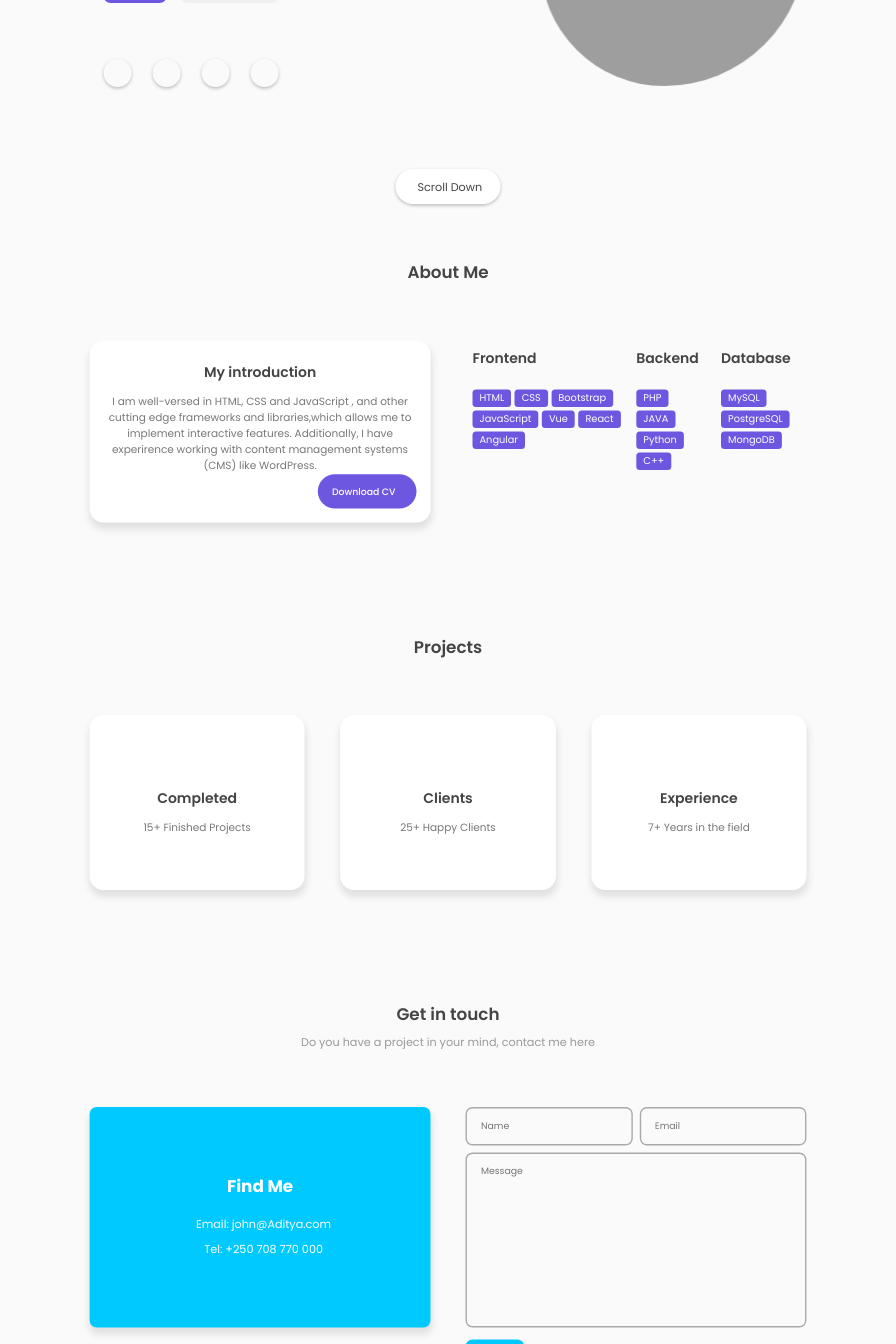
Repository: 4Kbrain/Portofolio
Page: index.html
The author's editor kept a copy of each file at every save. The page is drawn from the files as they stood at one save, then again after a run of saves.
The browser window is 1280 px wide. The pictures show the part of the page from y = 428 to 2348 px (the page is 2790 px tall before and 2767 px after), at 70% of full size.
Pictures or frames that could not be fetched are drawn as grey boxes. Some icons come from a web library that is not loaded, so they are not drawn.

Above is the page before, as saved 2024-05-15 08:23:44.

### index.html
<!DOCTYPE html>
<html lang="en">
<head>
    <meta charset="UTF-8">
    <meta name="viewport" content="width=device-width, initial-scale=1.0">
    <link rel="stylesheet" href="https://unicons.iconscout.com/release/v4.0.8/css/line.css">
    <link rel="stylesheet" href="assets/css/style.css">
    <link rel="shortcut icon" href="assets/images/favicon.png" type="image/x-icon">

    <title>Portfolio | Aditya</title>
</head>
<body>
   <div class="container">
    <!-- header -->
      <nav id="header">
        <div class="nav-logo">
            <p class="nav-name">Aditya</p>
            <span>.</span>
        </div>
        <div class="nav-menu" id="myNavMenu">
            <ul class="nav_menu_list">
                <li class="nav_list">
                    <a href="#home" class="nav-link active-link">Home</a>
                    <div class="circle"></div>
                </li>
                <li class="nav_list">
                    <a href="#about" class="nav-link">About</a>
                    <div class="circle"></div>
                </li>
                <li class="nav_list">
                    <a href="#projects" class="nav-link">Projects</a>
                    <div class="circle"></div>
                </li>
                <li class="nav_list">
                    <a href="#contact" class="nav-link">Contact</a>
                    <div class="circle"></div>
                </li>
            </ul>
        </div>
        <div class="nav-button">
            <button class="btn">Download CV <i class="uil uil-file-alt"></i></button>
        </div>
        <div class="nav-menu-btn">
            <i class="uil uil-bars" onclick="myMenuFunction()"></i>
        </div>
      </nav>


    <!-- -------------- MAIN ---------------- -->
    <main class="wrapper">
       <!-- -------------- FEATURED BOX ---------------- -->
       <section class="featured-box" id="home">
          <div class="featured-text">
            <div class="featured-text-card">
                <span>Aditya</span>
            </div>
            <div class="featured-name">
                <p>I'm <span class="typedText"></span></p>
            </div>
            <div class="featured-text-info">
                <p>Experienced frontend developer with a passion for creating visually stunning
                   and user-friendly websites.
                </p>
            </div>
            <div class="featured-text-btn">
                <button class="btn blue-btn">Hire Me</button>
                <button class="btn">Download CV <i class="uil uil-file-alt"></i></button>
            </div>
            <div class="social_icons">
                <div class="icon"><i class="uil uil-instagram"></i></div>
                <div class="icon"><i class="uil uil-linkedin-alt"></i></div>
                <div class="icon"><i class="uil uil-dribbble"></i></div>
                <div class="icon"><i class="uil uil-github-alt"></i></div>
            </div>
          </div>
          <div class="featured-image">
            <div class="image">
                <img src="assets/images/avatar.png" alt="avatar">
            </div>
          </div>
          <div class="scroll-icon-box">
            <a href="#about" class="scroll-btn">
                <i class="uil uil-mouse-alt"></i>
                <p>Scroll Down</p>
            </a>
          </div>

       </section>
       <!-- -------------- ABOUT BOX ---------------- -->
       <section class="section" id="about">
          <div class="top-header">
            <h1>About Me</h1>
          </div>
          <div class="row">
            <div class="col">
                <div class="about-info">
                    <h3>My introduction</h3>
                    <p>I am well-versed in HTML, CSS and JavaScript , and other cutting edge
                       frameworks and libraries,which allows me to implement interactive features.
                       Additionally, I have experirence working with content management systems (CMS) like
                       WordPress.
                    </p>
                    <div class="about-btn">
                        <button class="btn">Download CV <i class="uil uil-import"></i></button>
                    </div>
                </div>
            </div>
            <div class="col">
                <div class="skills-box">
                    <div class="skills-header">
                        <h3>Frontend</h3>
                    </div>
                    <div class="skills-list">
                        <span>HTML</span>
                        <span>CSS</span>
                        <span>Bootstrap</span>
                        <span>JavaScript</span>
                        <span>Vue</span>
                        <span>React</span>
                        <span>Angular</span>
                    </div>
                </div>
                <div class="skills-box">
                    <div class="skills-header">
                        <h3>Backend</h3>
                    </div>
                    <div class="skills-list">
                        <span>PHP</span>
                        <span>JAVA</span>
                        <span>Python</span>
                        <span>C++</span>
                    </div>
                </div>
                <div class="skills-box">
                    <div class="skills-header">
                        <h3>Database</h3>
                    </div>
                    <div class="skills-list">
                        <span>MySQL</span>
                        <span>PostgreSQL</span>
                        <span>MongoDB</span>
                    </div>
                </div>
            </div>
          </div>
       </section>

       <!-- -------------- PROJECT BOX ---------------- -->

       <section class="section" id="projects">
          <div class="top-header">
              <h1>Projects</h1>
          </div>
          <div class="project-container">
            <div class="project-box">
                <i class="uil uil-briefcase-alt"></i>
                <h3>Completed</h3>
                <label>15+ Finished Projects</label>
            </div>
            <div class="project-box">
                <i class="uil uil-users-alt"></i>
                <h3>Clients</h3>
                <label>25+ Happy Clients</label>
            </div>
            <div class="project-box">
                <i class="uil uil-award"></i>
                <h3>Experience</h3>
                <label>7+ Years in the field</label>
            </div>
          </div>
       </section>

       <!-- -------------- CONTACT BOX ---------------- -->

       <section class="section" id="contact">
          <div class="top-header">
            <h1>Get in touch</h1>
            <span>Do you have a project in your mind, contact me here</span>
          </div>
          <div class="row">
             <div class="col">
                <div class="contact-info">
                    <h2>Find Me <i class="uil uil-corner-right-down"></i></h2>
                    <p><i class="uil uil-envelope"></i> Email: john@Aditya.com</p>
                    <p><i class="uil uil-phone"></i> Tel: +250 708 770 000</p>
                </div>
             </div>
             <div class="col">
                <div class="form-control">
                    <div class="form-inputs">
                        <input type="text" class="input-field" placeholder="Name">
                        <input type="text" class="input-field" placeholder="Email">
                    </div>
                    <div class="text-area">
                        <textarea placeholder="Message"></textarea>
                    </div>
                    <div class="form-button">
                        <button class="btn">Send <i class="uil uil-message"></i></button>
                    </div>
                </div>
             </div>
          </div>
       </section>

    </main>


    <!-- --------------- FOOTER --------------- -->
    <footer>
        <div class="top-footer">
            <p>Aditya .</p>
        </div>
        <div class="middle-footer">
            <ul class="footer-menu">
                <li class="footer_menu_list">
                    <a href="#home">Home</a>
                </li>
                <li class="footer_menu_list">
                    <a href="#about">About</a>
                </li>
                <li class="footer_menu_list">
                    <a href="#projects">Projects</a>
                </li>
                <li class="footer_menu_list">
                    <a href="#contact">Contact</a>
                </li>
            </ul>
        </div>
        <div class="footer-social-icons">
            <div class="icon"><i class="uil uil-instagram"></i></div>
            <div class="icon"><i class="uil uil-linkedin-alt"></i></div>
            <div class="icon"><i class="uil uil-dribbble"></i></div>
            <div class="icon"><i class="uil uil-github-alt"></i></div>
        </div>
        <div class="bottom-footer">
            <p>Copyright &copy; <a href="#home" style="text-decoration: none;">Aditya</a> - All rights reserved</p>
        </div>
    </footer>

    </div>




    <!-- ----- TYPING JS Link ----- -->
    <script src="https://unpkg.com/typed.js@2.0.16/dist/typed.umd.js"></script>

       <!-- ----- SCROLL REVEAL JS Link----- -->
    <script src="https://unpkg.com/scrollreveal"></script>

    <!-- ----- MAIN JS ----- -->
    <script src="assets/js/script.js"></script>
</body>
</html>

### assets/css/style.css
/* ----- POPPINS FONT Link ----- */
@import url('https://fonts.googleapis.com/css2?family=Poppins:wght@400;500;600;700&display=swap');

/* ----- VARIABLES ----- */
:root{
    --body-color: rgb(250, 250, 250);
    --color-white: rgb(255, 255, 255);

    --text-color-second: rgb(68, 68, 68);
    --text-color-third: rgb(30, 159, 171);

    --first-color: rgb(110, 87, 224);
    --first-color-hover: rgb(40, 91, 212);

    --second-color: rgb(0, 201, 255);
    --third-color: rgb(192, 166, 49);
    --first-shadow-color: rgba(0, 0, 0, 0.1);

}

/* ----- BASE ----- */
*{
    margin: 0;
    padding: 0;
    box-sizing: border-box;
    font-family: 'Poppins', sans-serif;
}

/* ----- SMOOTH SCROLL ----- */
html{
    scroll-behavior: smooth;
}

/* ----- CHANGE THE SCROLL BAR DESIGN ----- */
::-webkit-scrollbar{
    width: 10px;
    border-radius: 25px;
}
::-webkit-scrollbar-track{
    background: #f1f1f1;
}
::-webkit-scrollbar-thumb{
    background: #ccc;
    border-radius: 30px;
}
::-webkit-scrollbar-thumb:hover{
    background: #bbb;
}


/* ---##-- REUSABLE CSS --##--- */

/* ----- GLOBAL BUTTON DESIGN ----- */
.btn{
    font-weight: 500;
    padding: 12px 20px;
    background: #efefef;
    border: none;
    border-radius: 10px;
    cursor: pointer;
    transition: .4s;
}
.btn>i{
    margin-left: 10px;
}
.btn:hover{
    background: var(--second-color);
    color: var(--color-white);
}

/* ----- GLOBAL ICONS DESIGN ----- */
i{
    font-size: 16px;
}

/* ------- BASE -------- */
body{
    background: var(--body-color);
}
.container{
    width: 100%;
    position: relative;
}

/* ----- NAVIGATION BAR ----- */
nav{
    position: fixed;
    display: flex;
    justify-content: space-between;
    width: 100%;
    height: 90px;
    line-height: 90px;
    background: var(--body-color);
    padding-inline: 9vw;
    transition: .3s;
    z-index: 100;
}
.nav-logo{
   position: relative;
}
.nav-name{
    font-size: 30px;
    font-weight: 600;
    color: var(--text-color-third);
}
.nav-logo span{
    position: absolute;
    top: -15px;
    right: -20px;
    font-size: 5em;
    color: var(--text-color-second);
}
.nav-menu, .nav_menu_list{
    display: flex;
}
.nav-menu .nav_list{
    list-style: none;
    position: relative;
}
.nav-link{
    text-decoration: none;
    color: var(--text-color-second);
    font-weight: 500;
    padding-inline: 15px;
    margin-inline: 20px;
}
.nav-menu-btn{
    display: none;
}
.nav-menu-btn i{
    font-size: 28px;
    cursor: pointer;
}
.active-link{
    position: relative;
    color: var(--first-color);
    transition: .3;
}
.active-link::after{
    content: '';
    position: absolute;
    left: 50%;
    bottom: -15px;
    transform: translate(-50%, -50%);
    width: 5px;
    height: 5px;
    background: var(--first-color);
    border-radius: 50%;
}


/* ----- WRAPPER DESIGN ----- */
.wrapper{
    padding-inline: 10vw;
}

/* ----- FEATURED BOX ----- */
.featured-box{
    position: relative;
    display: flex;
    height: 100vh;
    min-height: 700px;
}

/* ----- FEATURED TEXT BOX ----- */
.featured-text{
    position: relative;
    display: flex;
    justify-content: center;
    align-content: center;
    min-height: 80vh;
    flex-direction: column;
    width: 50%;
    padding-left: 20px;
}
.featured-text-card span{
    background: var(--third-color);
    color: var(--color-white);
    padding: 3px 8px;
    font-size: 12px;
    border-radius: 5px;
}
.featured-name{
    font-size: 50px;
    font-weight: 600;
    color: var(--text-color-second);
    margin-block: 20px;
}
.typedText{
    text-transform: capitalize;
    color: var(--text-color-third);
}
.featured-text-info{
    font-size: 15px;
    margin-bottom: 30px;
    color: var(--text-color-second);
}
.featured-text-btn{
    display: flex;
    gap: 20px;
}
.featured-text-btn>.blue-btn{
    background: var(--first-color);
    color: var(--color-white);
}
.featured-text-btn>.blue-btn:hover{
    background: var(--first-color-hover);
}
.social_icons{
    display: flex;
    margin-top: 5em;
    gap: 30px;
}
.icon{
    display: flex;
    justify-content: center;
    align-items: center;
    width: 40px;
    height: 40px;
    border-radius: 50%;
    box-shadow: 0px 2px 5px 0px rgba(0, 0, 0, 0.25);
    cursor: pointer;
}
.icon:hover{
    color: var(--first-color);
}

/* ----- FEATURED IMAGE BOX ----- */
.featured-image{
    display: flex;
    justify-content: right;
    align-content: center;
    min-height: 80vh;
    width: 50%;
}
.image{
    margin: auto 0;
    width: 380px;
    height: 380px;
    border-radius: 55% 45% 55% 45%;
    overflow: hidden;
    animation: imgFloat 7s ease-in-out infinite;
}
.image img{
    width: 380px;
    height: 380px;
    object-fit: cover;
}
@keyframes imgFloat {
    50%{
        transform: translateY(10px);
        border-radius: 45% 55% 45% 55%;
    }
}
.scroll-btn{
   position: absolute;
   bottom: 0;
   left: 50%;
   translate: -50%;
   display: flex;
   justify-content: center;
   align-items: center;
   width: 150px;
   height: 50px;
   gap: 5px;
   text-decoration: none;
   color: var(--text-color-second);
   background: var(--color-white);
   border-radius: 30px;
   box-shadow: 0 2px 5px 0 rgba(0, 0, 0, 0.25);
}
.scroll-btn i{
    font-size: 20px;
}

/* ----- MAIN BOX ----- */
.section{
    padding-block: 5em;
}
.row{
    display: flex;
    justify-content: space-between;
    width: 100%;
    gap: 50px;
}
.col{
    display: flex;
    width: 50%;
}

/* -- ## --- RESUABLE CSS -- ## -- */
.top-header{
    text-align: center;
    margin-bottom: 5em;
}
.top-header h1{
    font-weight: 600;
    color: var(--text-color-second);
    margin-bottom: 10px;
}
.top-header span{
    color: #999;
}
h3{
    font-size: 20px;
    font-weight: 600;
    color: var(--text-color-second);
    margin-bottom: 15px;
}

/* ----- ABOUT INFO ----- */
.about-info{
    position: relative;
    display: flex;
    align-items: center;
    flex-direction: column;
    padding-block: 30px 70px;
    padding-inline: 20px;
    width: 100%;
    background: var(--color-white);
    box-shadow: 1px 8px 10px 2px var(--first-shadow-color);
    border-radius: 20px;
}
.about-info p{
    text-align: center;
    font-size: 15px;
    color: #777;
}
.about-btn button{
    position: absolute;
    right: 20px;
    bottom: 20px;
    background: var(--first-color);
    color: var(--color-white);
    border-radius: 30px;
}
.about-btn button:hover{
    background: var(--first-color-hover);
}

/* ----- ABOUT / SKILLS BOX ----- */
.skills-box{
    margin: 10px;
}
.skills-header{
    margin-bottom: 30px;
}
.skills-list{
    display: flex;
    flex-wrap: wrap;
    gap: 5px;
}
.skills-list span{
    font-size: 14px;
    background: var(--first-color);
    color: var(--color-white);
    padding: 2px 10px;
    border-radius: 5px;
}

/* ----- PROJECTS BOX ----- */
.project-container{
    display: flex;
    width: 100%;
    justify-content: space-between;
    gap: 20px;
    flex-wrap: wrap;
}
.project-box{
    position: relative;
    display: flex;
    justify-content: center;
    align-items: center;
    flex-direction: column;
    width: 30%;
    height: 250px;
    background: var(--color-white);
    border-radius: 20px;
    box-shadow: 1px 8px 10px 2px var(--first-shadow-color);
    overflow: hidden;
}
.project-box>i{
    font-size: 50px;
    color: #00B5E7;
    margin-bottom: 25px;
}
.project-box label{
    font-size: 15px;
    color: #777;
}
.project-box::after, .contact-info::after{
    content: "";
    position: absolute;
    bottom: -100%;
    background: var(--second-color);
    width: 100%;
    height: 100%;
    transition: .4s;
    z-index: 1;
}
.project-box:hover.project-box::after,
.contact-info:hover.contact-info::after{
    bottom: 0;
}
.project-box:hover.project-box i,
.project-box:hover.project-box>h3,
.project-box:hover.project-box>label{
    color: var(--color-white);
    z-index: 2;
}

/* ----- CONTACT BOX ----- */
.contact-info{
    position: relative;
    display: flex;
    flex-direction: column;
    justify-content: center;
    align-items: center;
    padding: 20px 30px;
    width: 100%;
    height: 315px;
    background: var(--second-color);
    border-radius: 10px;
    box-shadow: 1px 8px 10px 2px var(--first-shadow-color);
    overflow: hidden;
}
.contact-info>h2{
    color: var(--color-white);
    margin-bottom: 20px;
}
.contact-info>p{
    display: flex;
    align-items: center;
    gap: 10px;
    color: var(--color-white);
    margin-block: 5px;
}
.contact-info p>i{
    font-size: 18px;
}
.contact-info::after{
    background: var(--color-white);
}
.contact-info:hover.contact-info h2,
.contact-info:hover.contact-info p,
.contact-info:hover.contact-info i{
    color: #777;
    z-index: 2;
}

/* ----- CONTACT FORM ----- */
.form-control{
    display: flex;
    flex-direction: column;
    gap: 10px;
    width: 100%;
}
.form-inputs{
    display: flex;
    gap: 10px;
    width: 100%;
}
.input-field{
    width: 50%;
    height: 55px;
    background: transparent;
    border: 2px solid #AAA;
    border-radius: 10px;
    padding-inline: 20px;
    outline: none;
}
textarea{
    width: 100%;
    height: 250px;
    background: transparent;
    border: 2px solid #AAA;
    border-radius: 10px;
    padding: 15px 20px;
    outline: none;
    resize: none;
}
.form-button>.btn{
    display: flex;
    align-items: center;
    justify-content: center;
    background: var(--second-color);
    color: var(--color-white);
}
.form-button>.btn:hover{
    background: #00B5E7;
}
.form-button i{
    font-size: 18px;
    rotate: -45deg;
}

/* ----- FOOTER BOX ----- */
footer{
    display: flex;
    justify-content: center;
    align-items: center;
    flex-direction: column;
    row-gap: 30px;
    background: #F8F8F8;
    padding-block: 40px 60px;
}
.top-footer p{
    font-size: 25px;
    font-weight: 600;
}
.middle-footer .footer-menu{
    display: flex;
}
.footer_menu_list{
    list-style: none;
}
.footer_menu_list a{
    text-decoration: none;
    color: var(--text-color-second);
    font-weight: 500;
    margin-inline: 20px;
}
.footer-social-icons{
    display: flex;
    gap: 30px;
}
.bottom-footer{
    font-size: 14px;
    margin-top: 10px;
}


/* ----- MEDIA QUERY == 1024px / RESPONSIVE ----- */
@media only screen and (max-width: 1024px){
    .featured-text{
        padding: 0;
    }
    .image, .image img{
        width: 320px;
        height: 320px;
    }
}

/* ----- MEDIA QUERY == 900px / RESPONSIVE ----- */
@media only screen and (max-width: 900px) {
    .nav-button{
        display: none;
    }
    .nav-menu.responsive{
        left: 0;
    }
    .nav-menu{
        position: fixed;
        top: 80px;
        left: -100%;
        flex-direction: column;
        justify-content: center;
        align-items: center;
        background: rgba(255, 255, 255, 0.7);
        backdrop-filter: blur(20px);
        width: 100%;
        min-height: 450px;
        height: 90vh;
        transition: .3s;
    }
    .nav_menu_list{
        flex-direction: column;
    }
    .nav-menu-btn{
        display: flex;
        align-items: center;
        justify-content: center;
    }
    .featured-box{
        flex-direction: column;
        justify-content: center;
        height: 100vh;
    }
    .featured-text{
        width: 100%;
        order: 2;
        justify-content: center;
        align-content: flex-start;
        min-height: 60vh;
    }
    .social_icons{
        margin-top: 2em;
    }
    .featured-image{
        order: 1;
        justify-content: center;
        min-height: 150px;
        width: 100%;
        margin-top: 65px;
    }
    .image, .image img{
        width: 150px;
        height: 150px;
    }
    .row{
        display: flex;
        flex-direction: column;
        justify-content: center;
        gap: 50px;
    }
    .col{
        display: flex;
        justify-content: center;
        width: 100%;
    }
    .about-info, .contact-info{
        width: 100%;
    }
    .project-container{
        justify-content: center;
    }
    .project-box{
        width: 80%;
    }

}

/* ----- MEDIA QUERY == 540px / RESPONSIVE ----- */

@media only screen and (max-width: 540px){
    .featured-name{
        font-size: 40px;
    }
    .project-box{
        width: 100%;
    }
    .form-inputs{
        flex-direction: column;
    }
    .input-field{
        width: 100%;
    }
}

Loaded but not shown: assets/js/script.js (117 lines, source omitted)

After the next 3 saves:
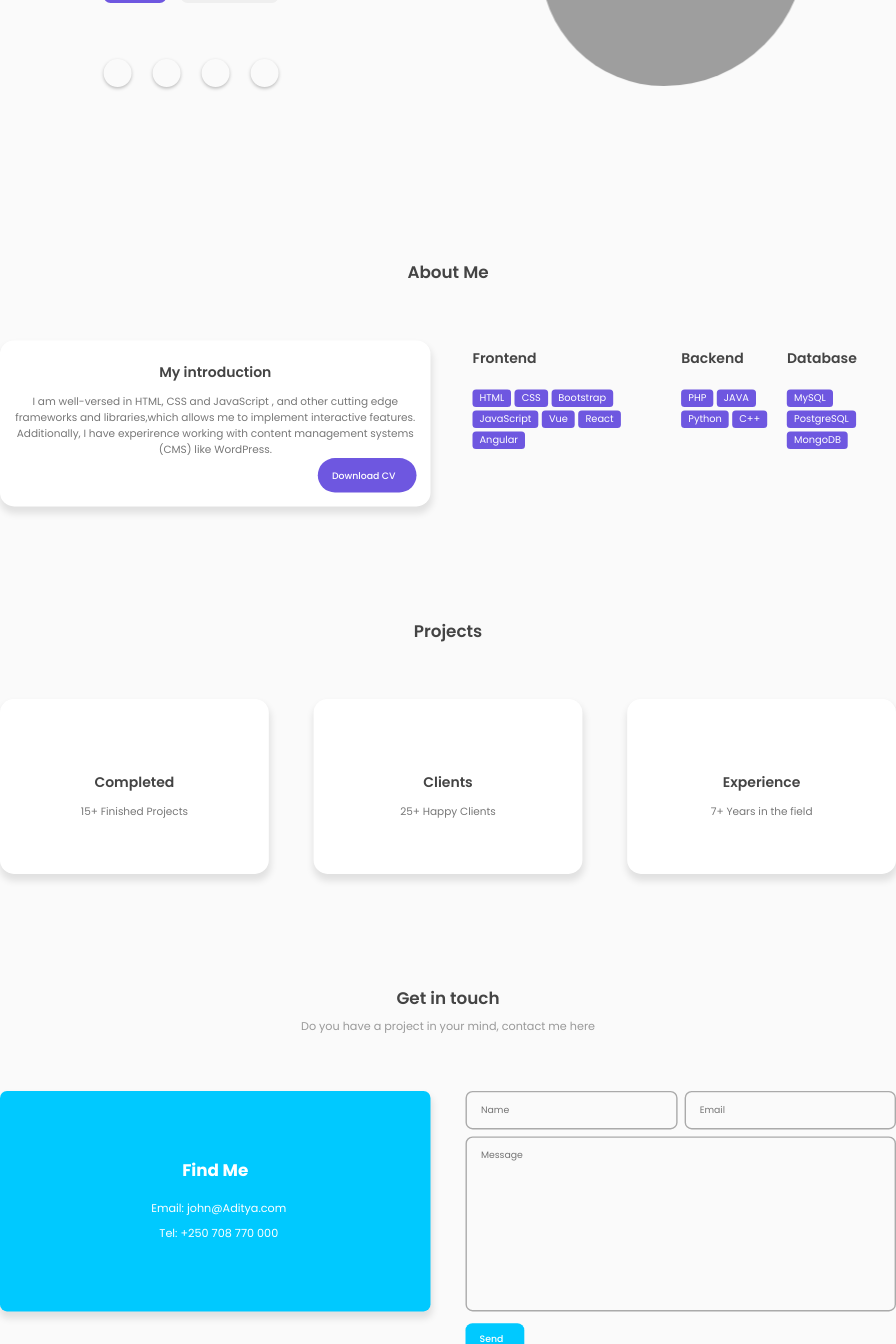
The 3 saves are shown as one change because they came seconds apart.
The last was saved 3 min 59 s later.
--- a/index.html
+++ b/index.html
@@ -78,11 +78,11 @@
                 <img src="assets/images/avatar.png" alt="avatar">
             </div>
           </div>
-          <div class="scroll-icon-box">
+          <!-- <div class="scroll-icon-box">
             <a href="#about" class="scroll-btn">
                 <i class="uil uil-mouse-alt"></i>
                 <p>Scroll Down</p>
-            </a>
+            </a> -->
           </div>
 
        </section>
